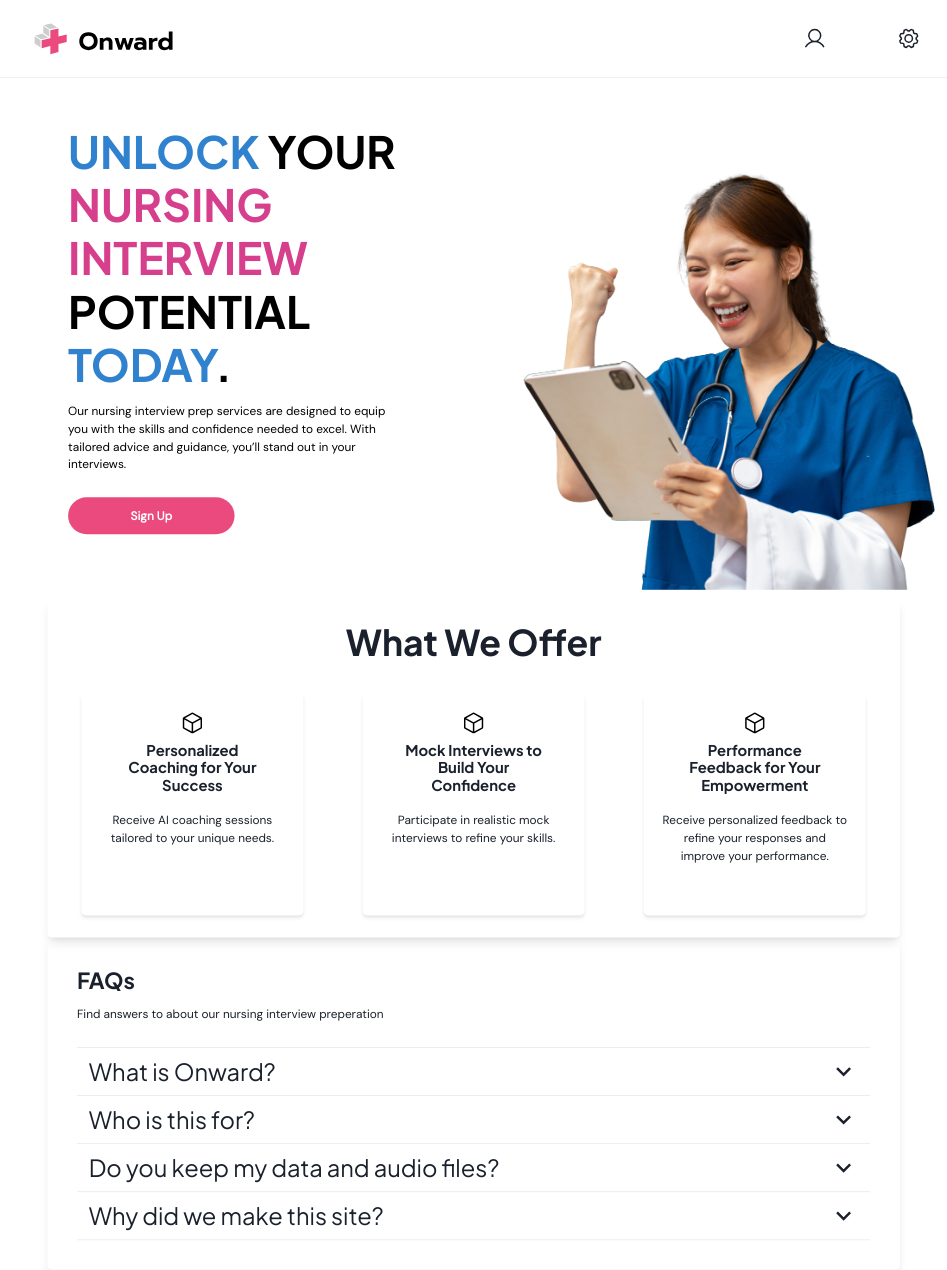
Repository: Aladdin3r/onward
Page: /landing-page
The author's editor kept a copy of each file at every save. The page is drawn from the files as they stood at one save, then again after the next save.
The browser window is 1280 px wide. The pictures show the whole page, at 74% of full size.
The project was rebuilt for these pictures with package versions that can differ from the ones it lists, and the page was loaded fresh each time. The framework's server and built-in components were replaced by stand-ins that run in the browser. Also part of the build but not shown: next.config.mjs, styles/components/AppTopNav.js, styles/components/Layout.js.

Above is the page before, as saved 2024-10-29 03:05:17.

### pages/_app.js
import { ChakraProvider } from "@chakra-ui/react";
import theme from "@/styles/theme";

function MyApp({ Component, pageProps }) {
  return (
    <ChakraProvider theme={theme}>
      <Component {...pageProps} />
    </ChakraProvider>
  );
}

export default MyApp;

### pages/_document.js
import { Html, Head, Main, NextScript } from "next/document";

export default function Document() {
  return (
    <Html lang="en">
      <Head>
        <link
          href="https://fonts.googleapis.com/css2?family=DM+Sans:wght@400&family=Plus+Jakarta+Sans:wght@400;600;700&display=swap"
          rel="stylesheet"
        />
      </Head>
      <body>
        <Main />
        <NextScript />
      </body>
    </Html>
  );
}

### pages/landing-page.js
import {
    Box,
    Flex,
    Heading,
    Text,
    Stack,
    Button,
    Accordion,
    AccordionItem,
    AccordionButton,
    AccordionPanel,
    AccordionIcon,
    Image
} from "@chakra-ui/react";
import Layout from "@/styles/components/Layout";
import TopNav from "@/styles/components/TopNav";
import AppTopNav from "@/styles/components/AppTopNav";
import { useRouter } from 'next/router';

export default function Home() {
    const router = useRouter();

    // Button action function
    const handleSignUp = () => {
        router.push('/signup'); // Navigate to the sign-up page
    };

    return (
        <>
            {/* Hero Section */}
            <TopNav />

            <Flex //hero card
                p={3}
                width="100%"
                mb={0}
                flexDirection="row"
                alignItems="center"
                justifyContent="space-between"
                gap="2rem"  // Adds a gap between text and image
            >

                <Flex //left text
                    flexDirection="column" zIndex={1}
                    ml="20"
                >
                    <Heading
                        fontFamily="heading"
                        fontSize="6xl"
                        fontWeight="bold"
                        width="88%"
                        mb={4}
                    >
                        <Text as="span" color="blue.500">UNLOCK </Text>
                        <Text as="span" color="black">YOUR </Text>
                        <Text as="span" color="pink.500">NURSING INTERVIEW </Text>
                        <Text as="span" color="black">POTENTIAL </Text>
                        <Text as="span" color="blue.500">TODAY</Text>
                        <Text as="span" color="black">. </Text>
                    </Heading>
                    <Text fontFamily="body" fontSize="x" color="black" mb={6} width="78%">
                        Our nursing interview prep services are designed to equip you with the skills and confidence needed to excel. With tailored advice and guidance, you’ll stand out in your interviews.
                    </Text>
                    <Button
                        mt="2"
                        bg="#EA4A7D"
                        color="#FFFFFF"
                        width="50%"
                        height="50px"
                        maxW="225px"
                        fontWeight="semibold"
                        fontSize="16px"
                        borderRadius="full"
                        px="6"
                        mb="6"
                    >
                        Sign Up
                    </Button>
                </Flex>

                <Box width="45%" flexShrink={0}>
                    <Image
                        src="/images/ipad-nurse.png"
                        alt="IPad Nurse"
                        width="100%"
                        height="auto"
                        objectFit="cover"

                    />
                </Box>

            </Flex>



            {/* What We Offer Section */}
            <Box p={30} textAlign="center" borderRadius="md" boxShadow="lg" maxW="90%" mx="auto" >
                <Heading fontFamily="heading" fontSize="5xl" mb={10} mt="">What We Offer</Heading>
                <Flex justify="center" gap={20}>
                    <Stack width="300px" height="300px" borderRadius="md" boxShadow="md" p={6} textAlign="center" alignItems="center">
                        <svg xmlns="http://www.w3.org/2000/svg" width="32" height="32" fill="#000000" viewBox="0 0 256 256"><path d="M223.68,66.15,135.68,18h0a15.88,15.88,0,0,0-15.36,0l-88,48.17a16,16,0,0,0-8.32,14v95.64a16,16,0,0,0,8.32,14l88,48.17a15.88,15.88,0,0,0,15.36,0l88-48.17a16,16,0,0,0,8.32-14V80.18A16,16,0,0,0,223.68,66.15ZM128,32h0l80.34,44L128,120,47.66,76ZM40,90l80,43.78v85.79L40,175.82Zm96,129.57V133.82L216,90v85.78Z"></path></svg>
                        <Heading width="80%" fontFamily="heading" fontSize="xl" mb={4}>Personalized Coaching for Your Success</Heading>
                        <Text fontFamily="body">
                            Receive AI coaching sessions tailored to your unique needs.
                        </Text>
                    </Stack>
                    <Stack width="300px" borderRadius="md" boxShadow="md" p={6} textAlign="center" alignItems="center">
                        <svg xmlns="http://www.w3.org/2000/svg" width="32" height="32" fill="#000000" viewBox="0 0 256 256"><path d="M223.68,66.15,135.68,18h0a15.88,15.88,0,0,0-15.36,0l-88,48.17a16,16,0,0,0-8.32,14v95.64a16,16,0,0,0,8.32,14l88,48.17a15.88,15.88,0,0,0,15.36,0l88-48.17a16,16,0,0,0,8.32-14V80.18A16,16,0,0,0,223.68,66.15ZM128,32h0l80.34,44L128,120,47.66,76ZM40,90l80,43.78v85.79L40,175.82Zm96,129.57V133.82L216,90v85.78Z"></path></svg>
                        <Heading width="80%" fontFamily="heading" fontSize="xl" mb={4}>Mock Interviews to Build Your Confidence</Heading>
                        <Text fontFamily="body">
                            Participate in realistic mock interviews to refine your skills.
                        </Text>
                    </Stack>
                    <Stack width="300px" borderRadius="md" boxShadow="md" p={6} textAlign="center" alignItems="center">
                        <svg xmlns="http://www.w3.org/2000/svg" width="32" height="32" fill="#000000" viewBox="0 0 256 256"><path d="M223.68,66.15,135.68,18h0a15.88,15.88,0,0,0-15.36,0l-88,48.17a16,16,0,0,0-8.32,14v95.64a16,16,0,0,0,8.32,14l88,48.17a15.88,15.88,0,0,0,15.36,0l88-48.17a16,16,0,0,0,8.32-14V80.18A16,16,0,0,0,223.68,66.15ZM128,32h0l80.34,44L128,120,47.66,76ZM40,90l80,43.78v85.79L40,175.82Zm96,129.57V133.82L216,90v85.78Z"></path></svg>
                        <Heading width="80%" fontFamily="heading" fontSize="xl" mb={4}>Performance Feedback for Your Empowerment</Heading>
                        <Text fontFamily="body">
                            Receive personalized feedback to refine your responses and improve your performance.
                        </Text>
                    </Stack>
                </Flex>
            </Box>

            {/* FAQ Section */}
            <Box p={10} borderRadius="md" boxShadow="lg" maxW="90%" mx="auto">
                <Heading fontFamily="heading" fontSize="3xl" textAlign="left" mb={4}>FAQs</Heading>
                <Text fontFamily="body" fontSize="s" textAlign="left" mb={8}>
                    Find answers to about our nursing interview preperation
                </Text>
                <Accordion allowToggle>
                    <AccordionItem>
                        <h2>
                            <AccordionButton>
                                <Box as="span" flex="1" textAlign="left" fontFamily="heading">What is Onward?</Box>
                                <AccordionIcon />
                            </AccordionButton>
                        </h2>
                        <AccordionPanel pb={4} fontFamily="body">
                            Onward is an AI-powered personal interview coach designed for nurses to enhance their job interview skills.
                        </AccordionPanel>
                    </AccordionItem>
                    <AccordionItem>
                        <h2>
                            <AccordionButton>
                                <Box as="span" flex="1" textAlign="left" fontFamily="heading">Who is this for?</Box>
                                <AccordionIcon />
                            </AccordionButton>
                        </h2>
                        <AccordionPanel pb={4} fontFamily="body">
                            This service is designed for nurses, especially those new to the Canadian healthcare system.
                        </AccordionPanel>
                    </AccordionItem>
                    <AccordionItem>
                        <h2>
                            <AccordionButton>
                                <Box as="span" flex="1" textAlign="left" fontFamily="heading">Do you keep my data and audio files?</Box>
                                <AccordionIcon />
                            </AccordionButton>
                        </h2>
                        <AccordionPanel pb={4} fontFamily="body">
                            Yes, we securely store data as per our privacy policy to enhance your interview coaching experience.
                        </AccordionPanel>
                    </AccordionItem>
                    <AccordionItem>
                        <h2>
                            <AccordionButton>
                                <Box as="span" flex="1" textAlign="left" fontFamily="heading">Why did we make this site?</Box>
                                <AccordionIcon />
                            </AccordionButton>
                        </h2>
                        <AccordionPanel pb={4} fontFamily="body">
                            Onward aims to empower nurses by providing interview preparation tools tailored to their needs.
                        </AccordionPanel>
                    </AccordionItem>
                </Accordion>
            </Box>
        </>
    );
}

### styles/theme.js
import { extendTheme } from "@chakra-ui/react";
import { theme as chakraTheme } from "@chakra-ui/react";
import Button from './components/Button';
import { Stepper } from "@chakra-ui/react";

const fonts = {
    ...chakraTheme.fonts,
    body: "DM Sans",
    heading: "Plus Jakarta Sans",
}

const overrides = {
    ...chakraTheme,
    fonts,
    components: {
        Button: {
            ...Button,
        },
    },
    fontWeights: {
        normal: 400,
        medium: 500,
        bold: 700,
    },
    fontSizes: {
        xxs: "14pt",
        xs: "16pt",
        sm: "20pt",
        md: "24pt",
        lg: "32pt",
    },
    colors: {
       brand: {
        blushPink: "#EA4A7D",
        pastelBlue: "#CBD5FF",
        blueberryCreme: "#EBEFFF",
        frostWhite: "#FAFAFA",
        nightBlack: "#1f1f1f",
        platinum: "#e2e2e2",
        confirmationGreen: "#61CD3D",
        imperialRed: "EA4A4D",
        canaryYellow: "#EAE84A",
        oceanBlue: "#214DDF",
        pureWhite: "#FFFFFF"
        }
    },
    styles: {
        global: {
            body: {
                bg: "frostWhite",
            },
        },
    },
}

const customTheme = extendTheme(overrides);

export default customTheme;

### styles/components/TopNav.js
'use client'
import {
    Box,
    Flex,
    useColorModeValue,
    IconButton,
    Image,
    Link,
} from "@chakra-ui/react";
import { User, Gear } from "@phosphor-icons/react";

export default function TopNav() {
    const bgColor = useColorModeValue('#fff', 'brand.nightBlack');

    return (
        <Box bg={bgColor} px={4} borderBottom="1px solid #E6EAF2">
            <Flex h={"104px"} alignItems={'center'} justifyContent={'space-between'}>
                <Box fontSize={{ base: 'md', md: 'lg' }}>
                    <Link href="/">
                        <Image src="logo.svg" boxSize="253px" alt="Onward Logo" style={{ padding: "30px" }} />
                    </Link>
                </Box>
                <Flex alignItems={'center'}>
                    <Link href="/user">
                        <IconButton
                            aria-label="User settings"
                            icon={<User />}
                            variant="ghost"
                            mr="55px"
                        />
                    </Link>
                    <Link href="/settings">
                        <IconButton
                            aria-label="Settings"
                            icon={<Gear />}
                            variant="ghost"
                        />
                    </Link>
                </Flex>
            </Flex>
        </Box>
    );
}

### styles/components/Button.js
const Button = {
    baseStyle: {
      display: 'flex',
      borderRadius: '999px',
      fontFamily: 'DM Sans',
      _hover: {
        boxShadow: '0px 4px 4px 0px rgba(0, 0, 0, 0.45)',
      },
      padding: 3,
    },
    sizes: {
      xs: {
        fontSize: ['12pt', '14pt', '16pt'], // Responsive font sizes for xs
        px: [2, 3], // Responsive padding
      },
      sm: {
        fontSize: ['14pt', '16pt', '20pt'],
        px: [2, 4],
      },
      md: {
        fontSize: ['16pt', '20pt', '24pt'],
        px: [3, 5],
      },
      lg: {
        fontSize: ['20pt', '28pt', '32pt'],
        px: [4, 6],
      },
    },
    variants: {
      lgPrimary: {
        bg: 'brand.blushPink',
        color: 'brand.frostWhite',
        width: ['100%', '325px'], // 100% width on smaller screens
        height: '72px',
        fontSize: ['20pt', '28pt', '32pt'], // Responsive font size
        borderRadius: '999px',
      },
      mdPrimary: {
        bg: 'brand.blushPink',
        color: 'brand.frostWhite',
        width: ['100%', '225px'],
        height: '72px',
        fontSize: ['16pt', '20pt', '24pt'],
        borderRadius: '999px',
      },
      smPrimary: {
        bg: 'brand.blushPink',
        color: 'brand.frostWhite',
        width: ['100%', '150px'],
        height: '64px',
        fontSize: ['14pt', '16pt', '20pt'],
        borderRadius: '999px',
      },
      xsPrimary: {
        bg: 'brand.blushPink',
        color: 'brand.frostWhite',
        width: ['100%', '117px'],
        height: '32px',
        fontSize: ['12pt', '14pt', '18pt'],
        borderRadius: '999px',
      },
      lgSecondary: {
        bg: 'brand.platinum',
        color: 'brand.nightBlack',
        width: ['100%', '325px'],
        height: '72px',
        fontSize: ['20pt', '28pt', '32pt'],
        borderRadius: '999px',
        _hover: {
          bg: 'brand.blushPink',
          color: 'brand.frostWhite',
          boxShadow: '0px 4px 4px 0px rgba(0, 0, 0, 0.45)',
        },
      },
      mdSecondary: {
        bg: 'brand.platinum',
        color: 'brand.nightBlack',
        width: ['100%', '225px'],
        height: '72px',
        fontSize: ['16pt', '20pt', '24pt'],
        borderRadius: '999px',
        _hover: {
          bg: 'brand.blushPink',
          color: 'brand.frostWhite',
          boxShadow: '0px 4px 4px 0px rgba(0, 0, 0, 0.45)',
        },
      },
      smSecondary: {
        bg: 'brand.platinum',
        color: 'brand.nightBlack',
        width: ['100%', '150px'],
        height: '64px',
        fontSize: ['14pt', '16pt', '20pt'],
        borderRadius: '999px',
        _hover: {
          bg: 'brand.blushPink',
          color: 'brand.frostWhite',
          boxShadow: '0px 4px 4px 0px rgba(0, 0, 0, 0.45)',
        },
      },
      xsSecondary: {
        bg: 'brand.platinum',
        color: 'brand.nightBlack',
        width: ['100%', '117px'],
        height: '32px',
        fontSize: ['12pt', '14pt', '18pt'],
        borderRadius: '999px',
        _hover: {
          bg: 'brand.blushPink',
          color: 'brand.frostWhite',
          boxShadow: '0px 4px 4px 0px rgba(0, 0, 0, 0.45)',
        },
      },
    },
  };

  export default Button;

### styles/components/SideNav.js
import { useState } from "react";
import PropTypes from "prop-types";
import Link from "next/link";
import { Box, Flex, Text, VStack, Image } from "@chakra-ui/react";
import { ChalkboardTeacher, ClockCounterClockwise, UserSound, Presentation, User, Gear } from "@phosphor-icons/react";

// Define each variant and associated icon, label, and path(s)
const variants = {
  default: {
    label: "Dashboard",
    icon: <UserSound size={32} />,
    path: "/"
  },
  variant2: {
    label: "Mock Interview",
    icon: <ChalkboardTeacher size={32} />,
    path: "/mock-interview"
  },
  variant3: {
    label: "Practice Interview",
    icon: <Presentation size={32} />,
    path: [
      "/practice-interview",
      "/practice-interview-filter",
      "/practice-interview-questions",
      "/practice-interview-answer",
      "/practice"
    ]
  },
  variant4: {
    label: "History",
    icon: <ClockCounterClockwise size={32} />,
    path: "/history"
  },
};

// Define the bottom section items with default values
const defaultBottomVariants = {
  account: {
    label: "Account",
    icon: <User size={18} />,
    path: "/account"
  },
  settings: {
    label: "Settings",
    icon: <Gear size={18} />,
    path: "/settings"
  },
  signOut: {
    label: "Sign Out",
    icon: null,
    path: "/"
  }
};

// Main SideNavBar component
export const SideNavBar = ({ activeVariant, bottomVariants = defaultBottomVariants }) => {
  return (
    <Flex
      bg="brand.blueberryCreme"
      height="100vh"
      width="280px"
      position="fixed"
      flexDir="column"
    >
      {/* logo box */}
      <Box fontSize={{ base: 'sm', md: 'md' }} mt="1rem">
        <Link href="/">
          <Image src="logo.svg" alt="Onward Logo" style={{ padding: "0.6rem" }} width="100%" />
        </Link>
      </Box>

      {/* nav menu */}
      <Box mt="1.5rem" overflow="hidden">
        <VStack align="flex-start" spacing={2} width="100%" ml="10%">
          {variants && Object.keys(variants).map((variant) => {
            const isActive = activeVariant === variant;
            return (
              <Link href={Array.isArray(variants[variant].path) ? variants[variant].path[0] : variants[variant].path} key={variant} passHref>
                <Flex
                  align="center"
                  cursor="pointer"
                  width="280px"
                  bg={isActive ? "brand.blushPink" : "none"} // Active background
                  color={isActive ? "brand.frostWhite" : "initial"} // Active text color
                  p={3}
                  borderLeftRadius="26px"
                  transition="transform 0.5s ease-in-out, background-color 0.4s, color 0.4s"
                  _hover={{
                    bg: "brand.blushPink",
                    color: "brand.frostWhite",
                    borderRadius: "26px 0 0 26px",
                    transition: "background-color 0.3s, transform 0.3s",
                  }}
                >
                  <Box pl={isActive ? "5rem" : 0} mr={4}>
                    {variants[variant].icon}
                  </Box>
                  <Text fontFamily="body" fontSize="18px" fontWeight="bold">
                    {variants[variant].label}
                  </Text>
                </Flex>
              </Link>
            );
          })}
        </VStack>
      </Box>

      {/* Bottom Section for Account, Settings, and Sign Out Links */}
      <Box mb={2} mt="13rem" width="100%">
        <VStack width="100%" align="flex-end">
          {bottomVariants && Object.keys(bottomVariants).map((variant) => {
            const isActive = activeVariant === variant;
            return (
              <Link
                href={bottomVariants[variant].path}
                key={variant}
                passHref
              >
                <Flex
                  align="center"
                  cursor="pointer"
                  width="100%"
                  height="1.3rem"
                  bg={isActive ? "brand.blushPink" : "none"} // Active background
                  color={isActive ? "brand.frostWhite" : "initial"} // Active text color
                  borderRadius="md"
                  pr="1.5rem"
                  transition="transform 0.3s ease-in-out, background-color 0.3s, color 0.3s"
                  _hover={{
                    color: "brand.blushPink",
                    borderRadius: "26px 0 0 26px",
                    transition: "background-color 0.3s, transform 0.3s",
                  }}
                >

                  <Box mr={3}>
                    {bottomVariants[variant].icon}
                  </Box>
                  <Text fontFamily="body" fontSize="18px" fontWeight="regular" textAlign="left"
                    textDecoration={variant === 'signOut' ? 'underline' : 'none'}
                  >
                    {bottomVariants[variant].label}
                  </Text>
                </Flex>
              </Link>
            );
          })}
        </VStack>
      </Box>
    </Flex>
  );
};

SideNavBar.propTypes = {
  activeVariant: PropTypes.oneOf(["variant4", "variant2", "variant3", "default"]),
  bottomVariants: PropTypes.object, // Define bottomVariants as an optional object
};

SideNavBar.defaultProps = {
  bottomVariants: {},
};

After the next save:
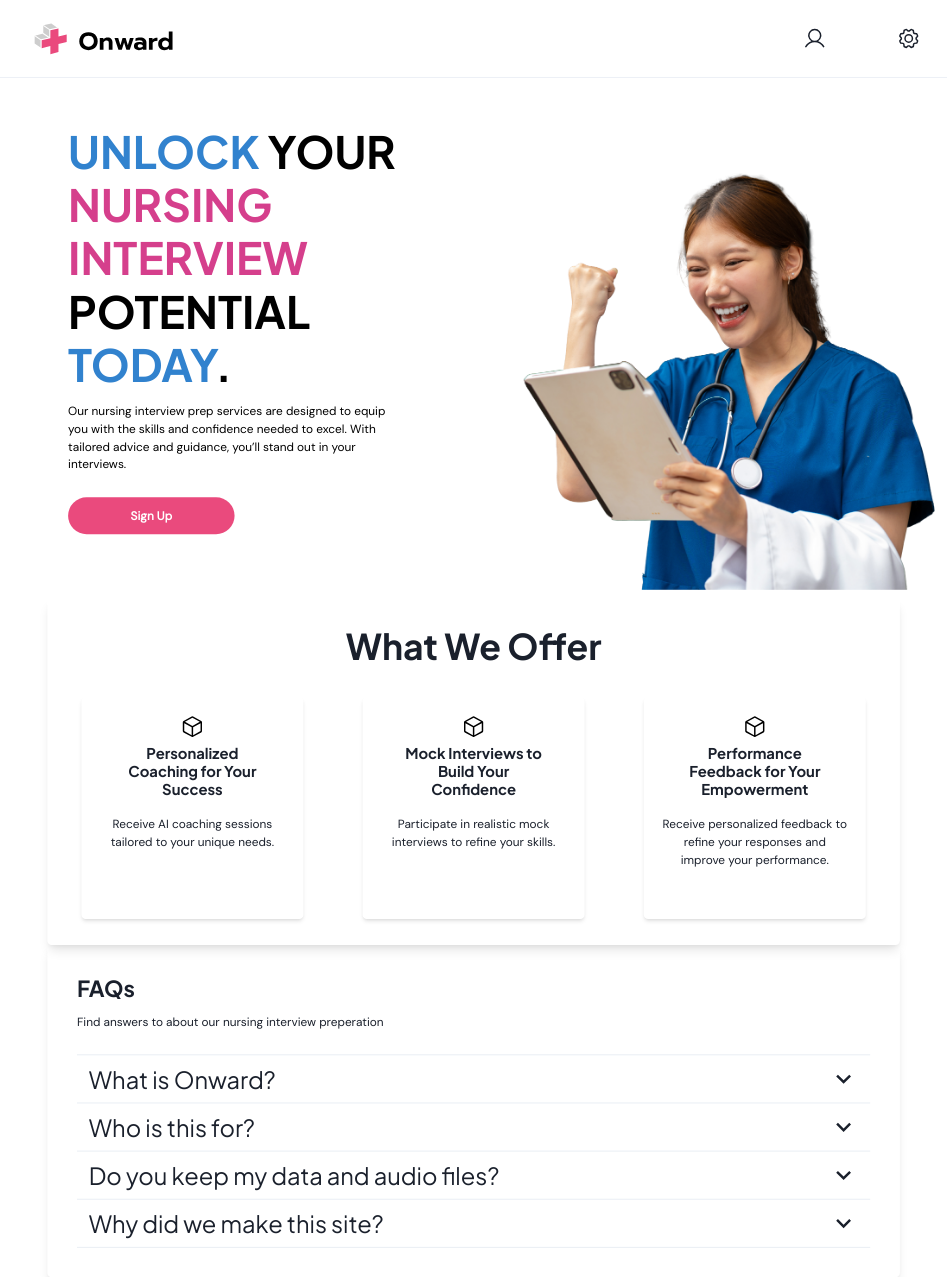
Saved 6 s later.
--- a/pages/landing-page.js
+++ b/pages/landing-page.js
@@ -94,7 +94,7 @@ export default function Home() {
 
 
             {/* What We Offer Section */}
-            <Box p={30} textAlign="center" borderRadius="md" boxShadow="lg" maxW="90%" mx="auto" >
+            <Box p={35} textAlign="center" borderRadius="md" boxShadow="lg" maxW="90%" mx="auto" >
                 <Heading fontFamily="heading" fontSize="5xl" mb={10} mt="">What We Offer</Heading>
                 <Flex justify="center" gap={20}>
                     <Stack width="300px" height="300px" borderRadius="md" boxShadow="md" p={6} textAlign="center" alignItems="center">
